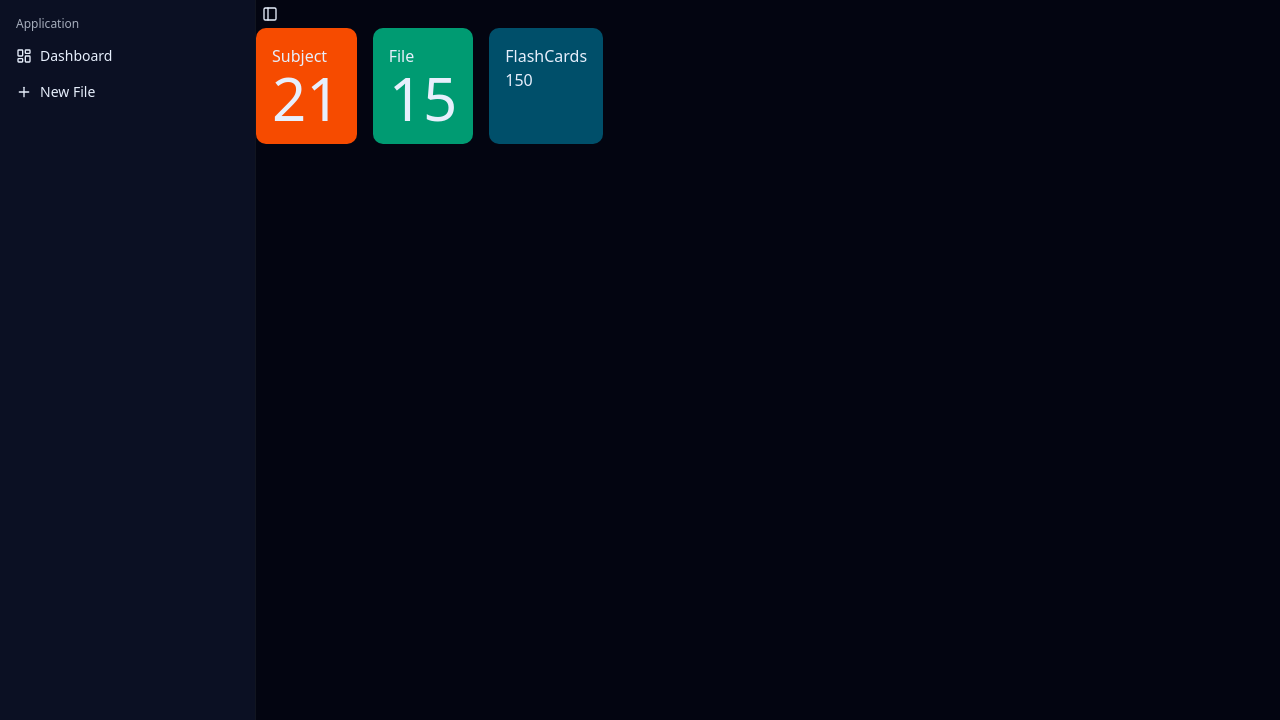
Repository: SywarDer/Student-Assistance
Page: /dashboard (app in student-assistant/)
These files come from the project's save history. The page is drawn as it stood at one moment and after the next save; the edit follows.
The browser window is 1280 px wide. The pictures show the whole page.
The project was rebuilt for these pictures with package versions that can differ from the ones it lists, and the page was loaded fresh each time. The framework's server and built-in components were replaced by stand-ins that run in the browser. Also part of the build but not shown: student-assistant/next.config.ts, student-assistant/components/ui/input.tsx, student-assistant/components/ui/separator.tsx, student-assistant/components/ui/skeleton.tsx. Imported but missing from the stored project, and not drawn on this page: student-assistant/components/ui/sheet.

Above is the page before, as saved 2025-10-30 19:54:24.

### student-assistant/app/layout.tsx
import type { Metadata } from "next";
import { Geist, Geist_Mono } from "next/font/google";
import "./globals.css";
import { SidebarProvider, SidebarTrigger } from "@/components/ui/sidebar";
import { AppSidebar } from "./home/components/navBar";

const geistSans = Geist({
  variable: "--font-geist-sans",
  subsets: ["latin"],
});

const geistMono = Geist_Mono({
  variable: "--font-geist-mono",
  subsets: ["latin"],
});

export const metadata: Metadata = {
  title: "Create Next App",
  description: "Generated by create next app",
};

export default function RootLayout({
children,
}: Readonly<{
  children: React.ReactNode;
}>) {
  return (
    <html lang="en">
      <body
        className={`${geistSans.variable} ${geistMono.variable} antialiased`}
      >
        <SidebarProvider>
      <AppSidebar />
      <main>
        <SidebarTrigger />
        {children}
         </main>
    </SidebarProvider>
      </body>
    </html>
  );
}

### student-assistant/app/dashboard/page.tsx
export default function Dashboard() {
    return (

        <div className="flex space-x-4">
            <div className="rounded-lg p-4" style={{
                backgroundColor: "var(--chart-1)",
                color: "var(--card-foreground)",
            }}>
                <h1 className="">Subject</h1>
                <h1 className="text-6xl">21</h1>
            </div>
            <div className="rounded-lg p-4" style={{
                backgroundColor: "var(--chart-2)",
                color: "var(--card-foreground)",
            }}>
                <h1>File</h1>
                <h1 className="text-6xl">15</h1>
            </div>
            <div className="rounded-lg p-4" style={{
                backgroundColor: "var(--chart-3)",
                color: "var(--card-foreground)",
            }}>
                <h1>FlashCards</h1>
                <h1>150</h1>
            </div>
        </div>

    )
}

### student-assistant/app/globals.css
@import "tailwindcss";
@import "tw-animate-css";

@custom-variant dark (&:is(.dark *));

@theme inline {
  --color-background: var(--background);
  --color-foreground: var(--foreground);
  --font-sans: var(--font-geist-sans);
  --font-mono: var(--font-geist-mono);
  --color-sidebar-ring: var(--sidebar-ring);
  --color-sidebar-border: var(--sidebar-border);
  --color-sidebar-accent-foreground: var(--sidebar-accent-foreground);
  --color-sidebar-accent: var(--sidebar-accent);
  --color-sidebar-primary-foreground: var(--sidebar-primary-foreground);
  --color-sidebar-primary: var(--sidebar-primary);
  --color-sidebar-foreground: var(--sidebar-foreground);
  --color-sidebar: var(--sidebar);
  --color-chart-5: var(--chart-5);
  --color-chart-4: var(--chart-4);
  --color-chart-3: var(--chart-3);
  --color-chart-2: var(--chart-2);
  --color-chart-1: var(--chart-1);
  --color-ring: var(--ring);
  --color-input: var(--input);
  --color-border: var(--border);
  --color-destructive: var(--destructive);
  --color-accent-foreground: var(--accent-foreground);
  --color-accent: var(--accent);
  --color-muted-foreground: var(--muted-foreground);
  --color-muted: var(--muted);
  --color-secondary-foreground: var(--secondary-foreground);
  --color-secondary: var(--secondary);
  --color-primary-foreground: var(--primary-foreground);
  --color-primary: var(--primary);
  --color-popover-foreground: var(--popover-foreground);
  --color-popover: var(--popover);
  --color-card-foreground: var(--card-foreground);
  --color-card: var(--card);
  --radius-sm: calc(var(--radius) - 4px);
  --radius-md: calc(var(--radius) - 2px);
  --radius-lg: var(--radius);
  --radius-xl: calc(var(--radius) + 4px);
}

:root {
  --radius: 0.625rem;

  /* Base dark background & text */
  --background: oklch(0.12 0.03 270);        /* Dark gray-blue */
  --foreground: oklch(0.95 0.02 260);        /* Soft white */

  /* Cards & popovers */
  --card: oklch(0.18 0.04 270);              /* Slightly lighter than background */
  --card-foreground: var(--foreground);
  --popover: oklch(0.18 0.04 270);
  --popover-foreground: var(--foreground);

  /* Primary & secondary */
  --primary: oklch(0.6 0.12 260);            /* Deep blue */
  --primary-foreground: var(--foreground);
  --secondary: oklch(0.45 0.08 280);         /* Soft purple */
  --secondary-foreground: var(--foreground);

  /* Muted & accents */
  --muted: oklch(0.2 0.03 270);
  --muted-foreground: oklch(0.7 0.02 260);
  --accent: oklch(0.65 0.15 350);            /* Magenta/pinkish accent */
  --accent-foreground: var(--foreground);

  /* Destructive actions */
  --destructive: oklch(0.6 0.25 30);         /* Dark red */
  --border: oklch(0.3 0.02 270 / 40%);
  --input: oklch(0.15 0.03 270);             /* Slightly darker than card */
  --ring: oklch(0.5 0.03 270);

  /* Charts */
  --chart-1: oklch(0.65 0.22 40);
  --chart-2: oklch(0.6 0.15 170);
  --chart-3: oklch(0.4 0.08 230);
  --chart-4: oklch(0.6 0.18 300);
  --chart-5: oklch(0.55 0.2 50);

  /* Sidebar */
  --sidebar: oklch(0.18 0.04 270);
  --sidebar-foreground: var(--foreground);
  --sidebar-primary: var(--primary);
  --sidebar-primary-foreground: var(--foreground);
  --sidebar-accent: var(--accent);
  --sidebar-accent-foreground: var(--foreground);
  --sidebar-border: oklch(0.3 0.02 270 / 40%);
  --sidebar-ring: oklch(0.5 0.03 270);
}

/* Optional light mode toggle */
.light {
  --background: oklch(0.98 0.02 260);       /* Light gray */
  --foreground: oklch(0.12 0.03 270);       /* Dark text */

  --card: oklch(0.99 0.03 260);
  --card-foreground: var(--foreground);
  --popover: oklch(0.99 0.03 260);
  --popover-foreground: var(--foreground);

  --primary: oklch(0.2 0.05 260);
  --primary-foreground: var(--foreground);
  --secondary: oklch(0.5 0.1 280);
  --secondary-foreground: var(--foreground);

  --muted: oklch(0.85 0.03 270);
  --muted-foreground: oklch(0.35 0.02 260);
  --accent: oklch(0.8 0.2 350);
  --accent-foreground: var(--foreground);

  --destructive: oklch(0.9 0.25 30);
  --border: oklch(0.8 0.02 270 / 30%);
  --input: oklch(0.95 0.03 260);
  --ring: oklch(0.7 0.03 270);

  --chart-1: oklch(0.65 0.22 40);
  --chart-2: oklch(0.6 0.15 170);
  --chart-3: oklch(0.4 0.08 230);
  --chart-4: oklch(0.6 0.18 300);
  --chart-5: oklch(0.55 0.2 50);

  --sidebar: oklch(0.95 0.03 260);
  --sidebar-foreground: var(--foreground);
  --sidebar-primary: var(--primary);
  --sidebar-primary-foreground: var(--foreground);
  --sidebar-accent: var(--accent);
  --sidebar-accent-foreground: var(--foreground);
  --sidebar-border: oklch(0.8 0.02 270 / 30%);
  --sidebar-ring: oklch(0.7 0.03 270);
}



@layer base {
  * {
    @apply border-border outline-ring/50;
  }
  body {
    @apply bg-background text-foreground;
  }
}

### student-assistant/app/home/components/navBar.tsx
import { Calendar, Home, Inbox, LayoutDashboardIcon, PlusIcon, Search, Settings } from "lucide-react"

import {
  Sidebar,
  SidebarContent,
  SidebarGroup,
  SidebarGroupContent,
  SidebarGroupLabel,
  SidebarMenu,
  SidebarMenuButton,
  SidebarMenuItem,
} from "@/components/ui/sidebar"


const items = [
  {
    title: "Dashboard",
    url: "/dashboard",
    icon: LayoutDashboardIcon,
  },
  {
    title: "New File",
    url: "/new-file",
    icon: PlusIcon,
  },

]

export function AppSidebar() {
  return (
    <Sidebar>
      <SidebarContent>
        <SidebarGroup>
          <SidebarGroupLabel>Application</SidebarGroupLabel>
          <SidebarGroupContent>
            <SidebarMenu>
              {items.map((item) => (
                <SidebarMenuItem key={item.title}>
                  <SidebarMenuButton asChild>
                    <a href={item.url}>
                      <item.icon />
                      <span>{item.title}</span>
                    </a>
                  </SidebarMenuButton>
                </SidebarMenuItem>
              ))}
            </SidebarMenu>
          </SidebarGroupContent>
        </SidebarGroup>
      </SidebarContent>
    </Sidebar>
  )
}

### student-assistant/components/ui/button.tsx
import * as React from "react"
import { Slot } from "@radix-ui/react-slot"
import { cva, type VariantProps } from "class-variance-authority"

import { cn } from "@/lib/utils"

const buttonVariants = cva(
  "inline-flex items-center justify-center gap-2 whitespace-nowrap rounded-md text-sm font-medium transition-all disabled:pointer-events-none disabled:opacity-50 [&_svg]:pointer-events-none [&_svg:not([class*='size-'])]:size-4 shrink-0 [&_svg]:shrink-0 outline-none focus-visible:border-ring focus-visible:ring-ring/50 focus-visible:ring-[3px] aria-invalid:ring-destructive/20 dark:aria-invalid:ring-destructive/40 aria-invalid:border-destructive",
  {
    variants: {
      variant: {
        default: "bg-primary text-primary-foreground hover:bg-primary/90",
        destructive:
          "bg-destructive text-white hover:bg-destructive/90 focus-visible:ring-destructive/20 dark:focus-visible:ring-destructive/40 dark:bg-destructive/60",
        outline:
          "border bg-background shadow-xs hover:bg-accent hover:text-accent-foreground dark:bg-input/30 dark:border-input dark:hover:bg-input/50",
        secondary:
          "bg-secondary text-secondary-foreground hover:bg-secondary/80",
        ghost:
          "hover:bg-accent hover:text-accent-foreground dark:hover:bg-accent/50",
        link: "text-primary underline-offset-4 hover:underline",
      },
      size: {
        default: "h-9 px-4 py-2 has-[>svg]:px-3",
        sm: "h-8 rounded-md gap-1.5 px-3 has-[>svg]:px-2.5",
        lg: "h-10 rounded-md px-6 has-[>svg]:px-4",
        icon: "size-9",
        "icon-sm": "size-8",
        "icon-lg": "size-10",
      },
    },
    defaultVariants: {
      variant: "default",
      size: "default",
    },
  }
)

function Button({
  className,
  variant,
  size,
  asChild = false,
  ...props
}: React.ComponentProps<"button"> &
  VariantProps<typeof buttonVariants> & {
    asChild?: boolean
  }) {
  const Comp = asChild ? Slot : "button"

  return (
    <Comp
      data-slot="button"
      className={cn(buttonVariants({ variant, size, className }))}
      {...props}
    />
  )
}

export { Button, buttonVariants }

### student-assistant/components/ui/tooltip.tsx
"use client"

import * as React from "react"
import * as TooltipPrimitive from "@radix-ui/react-tooltip"

import { cn } from "@/lib/utils"

function TooltipProvider({
  delayDuration = 0,
  ...props
}: React.ComponentProps<typeof TooltipPrimitive.Provider>) {
  return (
    <TooltipPrimitive.Provider
      data-slot="tooltip-provider"
      delayDuration={delayDuration}
      {...props}
    />
  )
}

function Tooltip({
  ...props
}: React.ComponentProps<typeof TooltipPrimitive.Root>) {
  return (
    <TooltipProvider>
      <TooltipPrimitive.Root data-slot="tooltip" {...props} />
    </TooltipProvider>
  )
}

function TooltipTrigger({
  ...props
}: React.ComponentProps<typeof TooltipPrimitive.Trigger>) {
  return <TooltipPrimitive.Trigger data-slot="tooltip-trigger" {...props} />
}

function TooltipContent({
  className,
  sideOffset = 0,
  children,
  ...props
}: React.ComponentProps<typeof TooltipPrimitive.Content>) {
  return (
    <TooltipPrimitive.Portal>
      <TooltipPrimitive.Content
        data-slot="tooltip-content"
        sideOffset={sideOffset}
        className={cn(
          "bg-foreground text-background animate-in fade-in-0 zoom-in-95 data-[state=closed]:animate-out data-[state=closed]:fade-out-0 data-[state=closed]:zoom-out-95 data-[side=bottom]:slide-in-from-top-2 data-[side=left]:slide-in-from-right-2 data-[side=right]:slide-in-from-left-2 data-[side=top]:slide-in-from-bottom-2 z-50 w-fit origin-(--radix-tooltip-content-transform-origin) rounded-md px-3 py-1.5 text-xs text-balance",
          className
        )}
        {...props}
      >
        {children}
        <TooltipPrimitive.Arrow className="bg-foreground fill-foreground z-50 size-2.5 translate-y-[calc(-50%_-_2px)] rotate-45 rounded-[2px]" />
      </TooltipPrimitive.Content>
    </TooltipPrimitive.Portal>
  )
}

export { Tooltip, TooltipTrigger, TooltipContent, TooltipProvider }

Loaded but not shown: student-assistant/hooks/use-mobile.ts (common file); student-assistant/lib/utils.ts (common file); student-assistant/components/ui/sidebar.tsx (726 lines, source omitted)

After the next save:
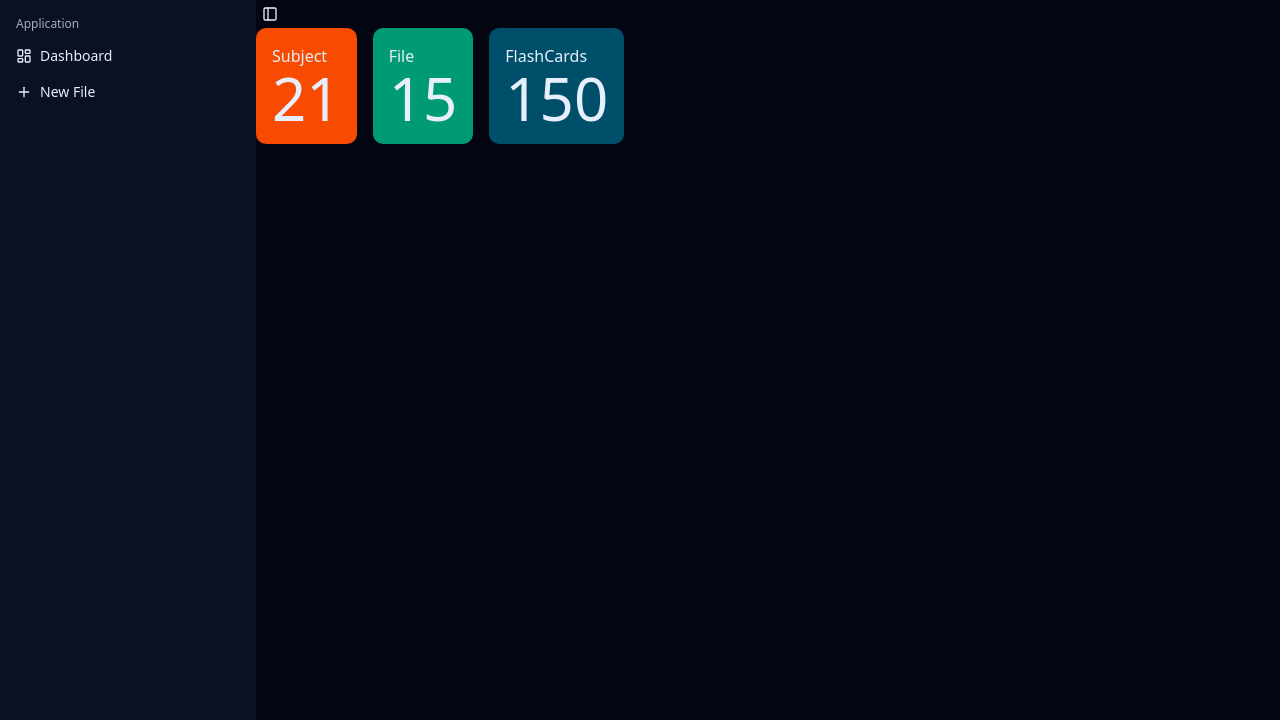
Saved 4 s later.
--- a/student-assistant/app/dashboard/page.tsx
+++ b/student-assistant/app/dashboard/page.tsx
@@ -21,7 +21,7 @@ export default function Dashboard() {
                 color: "var(--card-foreground)",
             }}>
                 <h1>FlashCards</h1>
-                <h1>150</h1>
+                <h1 className="text-6xl">150</h1>
             </div>
         </div>
 
